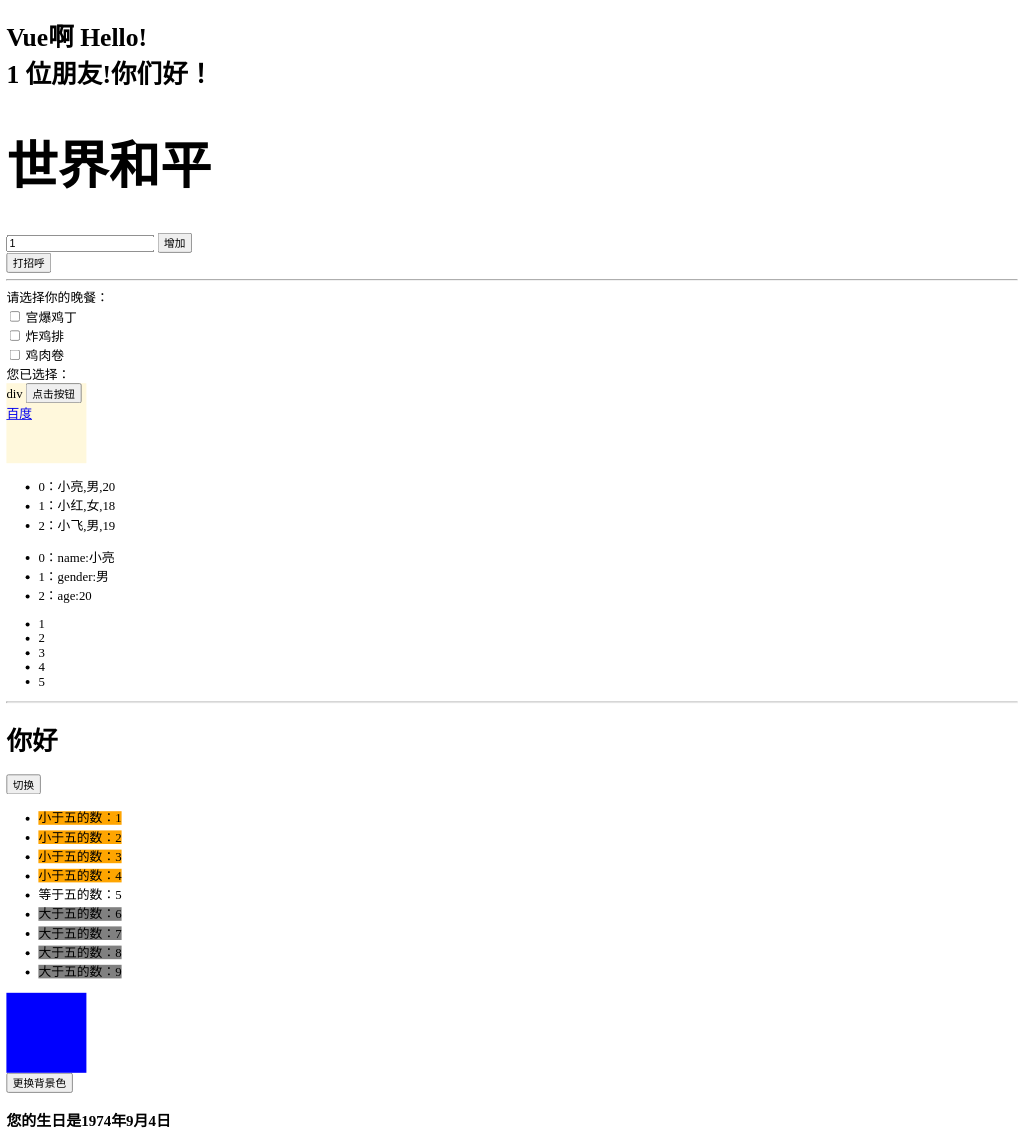
Repository: SOROoi/Web_front-end
Page: Web01_Vue/src/main/webapp/index.html
These files come from the project's save history. The page is drawn as it stood at one moment and after the next save; the edit follows.
The browser window is 1280 px wide. The pictures show the whole page, at 80% of full size.

Above is the page before, as saved 2020-07-15 06:34:04.

After the next save:
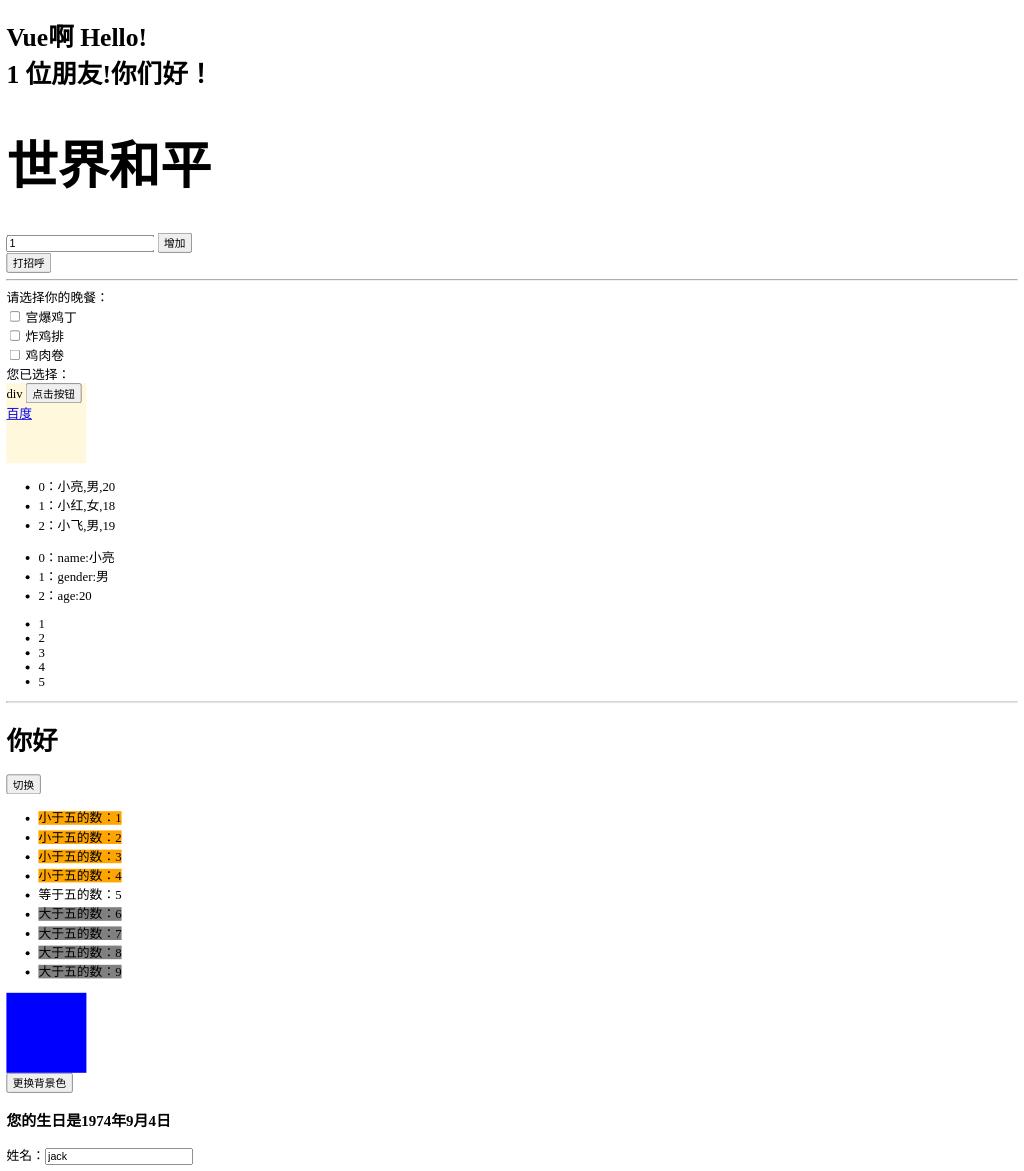
Saved 2 min 24 s later.
--- a/Web01_Vue/src/main/webapp/index.html
+++ b/Web01_Vue/src/main/webapp/index.html
@@ -89,6 +89,9 @@
 
 		<!-- 计算属性 -->
 		<h3>您的生日是{{birth}}</h3>
+
+		<!-- watch监控 -->
+		姓名：<input type="text" v-model="watchValue.name">
 	</div>
 </body>
 
